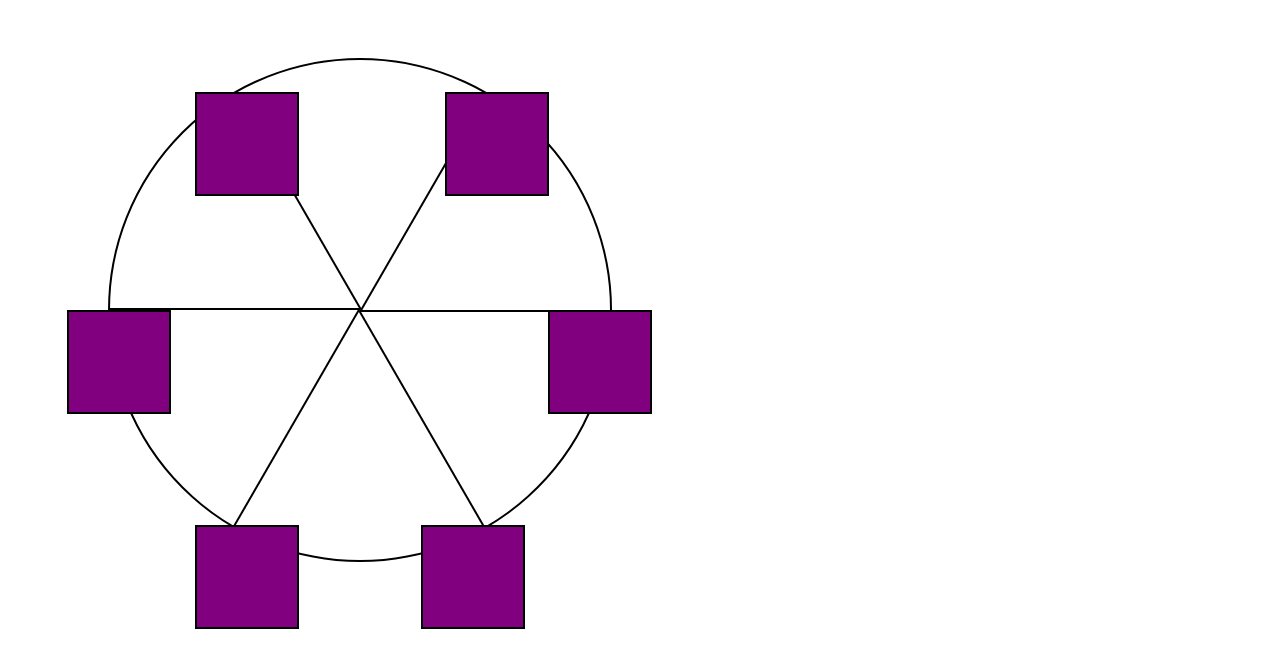
Repository: Lungdjos/ferris_wheel
Page: index.html
The author's editor kept a copy of each file at every save. The page is drawn from the files as they stood at one save, then again after the next save.
The browser window is 1280 px wide. The pictures show the whole page.

Above is the page before, as saved 2024-01-11 11:22:17.

### index.html
<!DOCTYPE html>
<html lang="en">

<head>
    <meta charset="UTF-8">
    <meta name="viewport" content="width=device-width, initial-scale=1.0">
    <title>Ferris Wheel</title>
    <link rel="stylesheet" href="./styles.css">
</head>

<body>
    <div class="wheel">
        <span class="line"></span>
        <span class="line"></span>
        <span class="line"></span>
        <span class="line"></span>
        <span class="line"></span>
        <span class="line"></span>
        <div class="cabin"></div>
        <div class="cabin"></div>
        <div class="cabin"></div>
        <div class="cabin"></div>
        <div class="cabin"></div>
        <div class="cabin"></div>
    </div>

</body>

</html>

### styles.css
    /* styling for the wheel */

    .wheel {
        border: 2px solid black;
        border-radius: 50%;
        margin-left: 100px;
        margin-top: 50px;
        position: absolute;
        height: 55vw;
        width: 55vw;
        max-width: 500px;
        max-height: 500px;
        animation-name: wheel;
        animation-duration: 10s;
        animation-iteration-count: infinite;
        animation-timing-function: linear;
    }
    /* styling for the line */

    .line {
        background-color: black;
        height: 2px;
        width: 50%;
        top: 50%;
        left: 50%;
        position: absolute;
        transform-origin: 0% 0%;
    }

    .line:nth-of-type(2) {
        transform: rotate(60deg);
    }

    .line:nth-of-type(3) {
        transform: rotate(120deg);
    }

    .line:nth-of-type(4) {
        transform: rotate(180deg);
    }

    .line:nth-of-type(5) {
        transform: rotate(240deg);
    }

    .line:nth-of-type(6) {
        transform: rotate(-60deg);
    }
    /* styling for the cabin */

    .cabin {
        background-color: red;
        width: 20%;
        height: 20%;
        border: 2px solid;
        position: absolute;
        transform-origin: 50% 0%;
        animation: cabins 10s ease-in-out infinite;
    }

    .cabin:nth-of-type(1) {
        right: -8.5%;
        top: 50%;
    }

    .cabin:nth-of-type(2) {
        right: 17%;
        top: 93.5%;
        background-color: orangered;
    }

    .cabin:nth-of-type(3) {
        right: 67%;
        top: 93.5%;
        background-color: orange;
    }

    .cabin:nth-of-type(4) {
        left: -8.5%;
        top: 50%;
        background-color: blueviolet;
    }

    .cabin:nth-of-type(5) {
        left: 17%;
        top: 7%;
        background-color: plum;
    }

    .cabin:nth-of-type(6) {
        right: 17%;
        top: 7%;
        background-color: purple;
    }
    /* animation styling */
    /* animation for the wheel */

    @keyframes wheel {
        0% {
            transform: rotate(0deg);
        }
        100% {
            transform: rotate(360deg);
        }
    }
    /* animation for the cabins */

    @keyframes cabins {
        0% {
            transform: rotate(0deg);
        }
        25% {
            background-color: yellowgreen;
        }
        50% {
            background-color: purple;
        }
        100% {
            transform: rotate(-360deg);
        }
    }

After the next save:
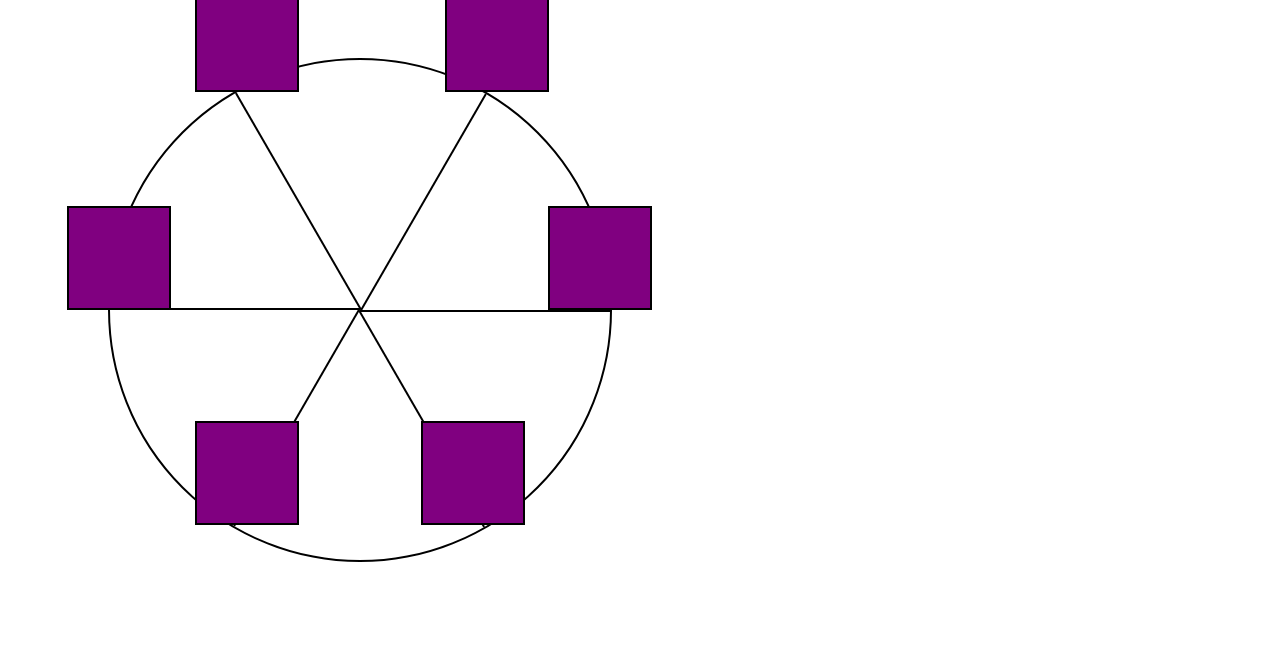
Saved 11 min 42 s later.
--- a/styles.css
+++ b/styles.css
@@ -115,7 +115,7 @@
         50% {
             background-color: purple;
         }
-        100% {
+        75% 100% {
             transform: rotate(-360deg);
         }
     }

After the save that followed:
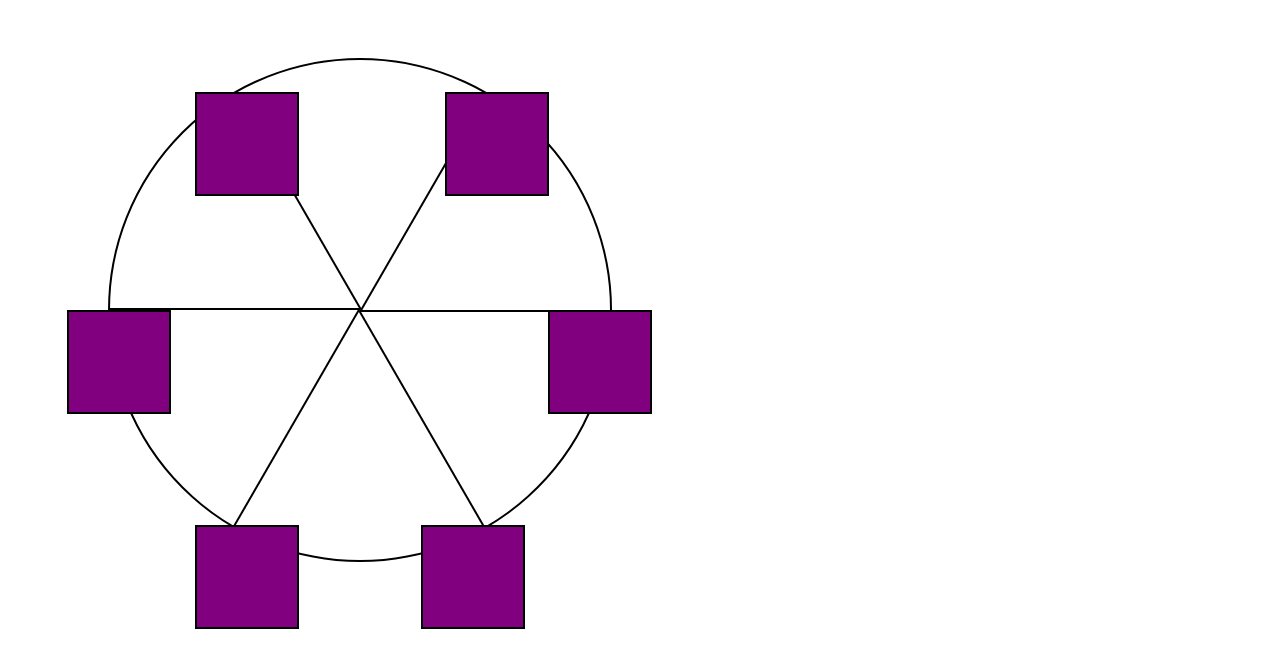
Saved 6 s later.
--- a/styles.css
+++ b/styles.css
@@ -115,7 +115,8 @@
         50% {
             background-color: purple;
         }
-        75% 100% {
+        75% {}
+        100% {
             transform: rotate(-360deg);
         }
     }
